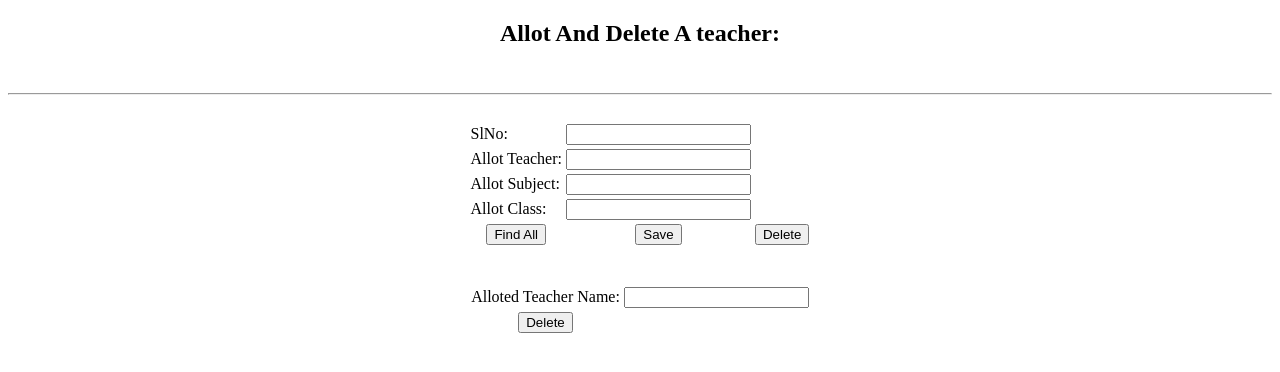
Repository: mdzeyan/JavaFSD-phase2-project
Page: Learners_Academy/src/main/webapp/AllotTeacher.html
These files come from the project's save history. The page is drawn as it stood at one moment and after the next save; the edit follows.
The browser window is 1280 px wide. The pictures show the whole page.

Above is the page before, as saved 2022-04-01 10:40:57.

After the next save:
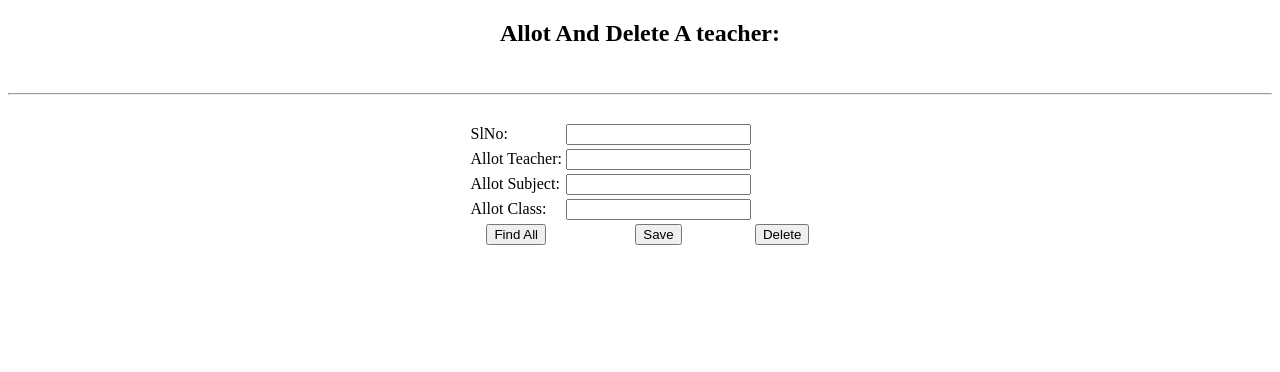
Saved 10 s later.
--- a/Learners_Academy/src/main/webapp/AllotTeacher.html
+++ b/Learners_Academy/src/main/webapp/AllotTeacher.html
@@ -38,16 +38,6 @@
 		</tr>
 
 	</table>
-	<br><br>
-	<table align="center">
-		<tr>
-			<td>Alloted Teacher Name:</td>
-			<td><input type="text" name="allotedTeacher"></td>
-		</tr>
-		<tr>
-			<td align="center"><input type="submit" value="Delete" name="button"></td>
-		</tr>
-	</table>
 	</form>
 
 </body>
